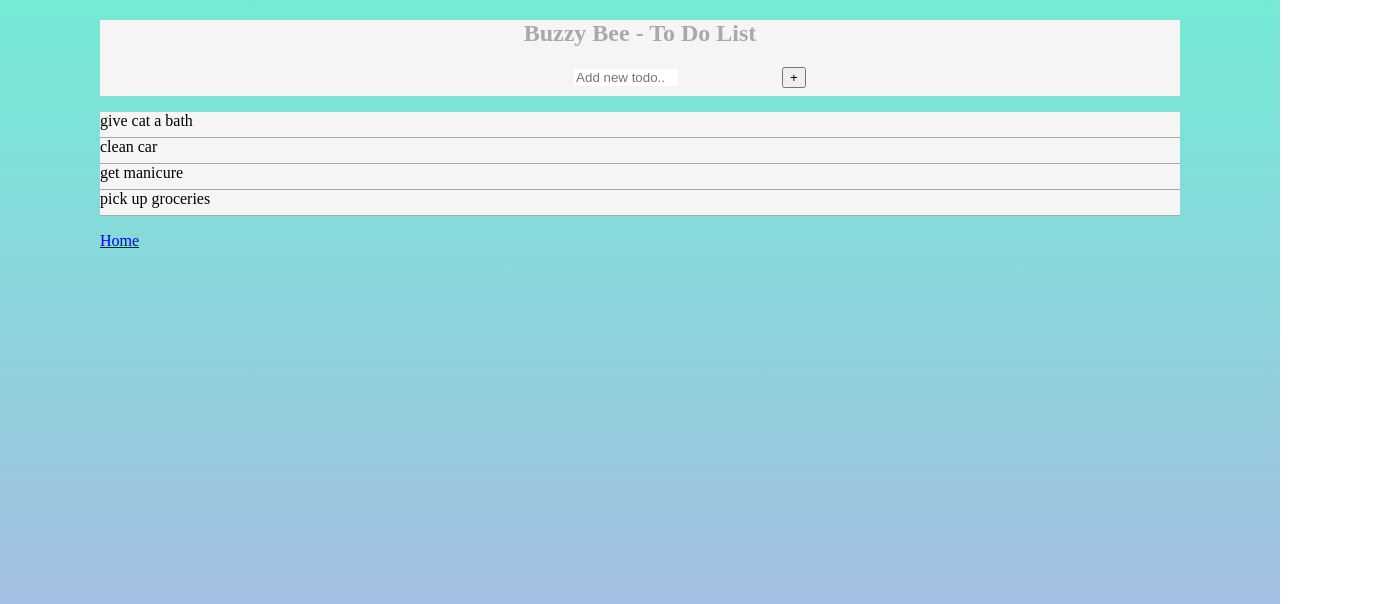
Repository: seleniadelgado/backend-spring2020-angie
Page: projects/todo/public_html/index.html
The author's editor kept a copy of each file at every save. The page is drawn from the files as they stood at one save, then again after the next save.
The browser window is 1280 px wide. The page is 1280 px wide, then 1384 px, then 1280 px, so the pictures cover 1384 px, including what lies to the right of the window. The pictures show the whole page.
The page's requests for data from a server got no answer.

Above is the page before, as saved 2020-05-12 16:22:32.

### projects/todo/public_html/index.html
<!DOCTYPE html>

<html lang="en">
    <head>
        <meta charset="utf-8">
        <title>Buzzy Bee - To Do List</title>
        <meta name="description" content="The HTML5 Herald">
        <meta name="author" content="SitePoint">
        <link rel="stylesheet" href="styles.css">
        <script
            src="https://code.jquery.com/jquery-3.5.0.min.js"
            integrity="sha256-xNzN2a4ltkB44Mc/Jz3pT4iU1cmeR0FkXs4pru/JxaQ="
            crossorigin="anonymous">
        </script>
</head>
<body>
    <div class="sectionTitle">
        <div class="appTitle">
            <h2>Buzzy Bee - To Do List</h2>
        </div>
        <div id="addNote">
            <input type="text" id="newNote" placeholder="Add new todo..">
            <button class="addBtn">+</button>
        </div>
    </div>

    <ul id="myList">
        <li>give cat a bath</li>
        <li>clean car</li>
        <li>get manicure</li>
        <li>pick up groceries</li>
    </ul>





















    <a href="http://localhost:3000/">Home</a>



    <script>
        $(document).ready(() => {
            let objectToSend = {
                note: "Do somethings",
                author: "Nick"
            }

            $.post("http://localhost:3000/newNote", objectToSend, (dataToGet) => {
                console.log(dataToGet);
            });
            $.post("http://localhost:3000/readNotes", {}, (dataToGet) => {
                let allNotesArray = dataToGet.notes;

                console.log(allNotesArray);
            })
        })

        //import the data from default user
        // make JSON into JS with parse.
        //with the list we want to populate our ul.
        //use jquery to access the dom, grab the string
        //loop over notes
        //add the note as an li to the ul
        //  Create li with jquery.
        //  target the ul with jquery and append the li.
        //note: $('<li></li>'')
        //      $('ul') -> a jquery list which holds the ul.
        //      get 1st element from the array

    </script>
</body>
</html>

### projects/todo/public_html/styles.css
html {
    background: linear-gradient(#74ebd5, #ACB6E5);
    height: 100%;

}
body {
    margin: 0px 100px 75px 100px;
}

.sectionTitle {
    background-color: whitesmoke;
    text-align: center;
}

.appTitle {
    color: darkgray;
}
#addNote #newNote {
    border: none;
    margin: 0px 100px 10px 100px;
    width: 100px;
}
#myList {
    list-style: none;
    padding: 0;

}
#myList li {
    height: 25px;
    border-bottom: 1px solid darkgray;
    background-color: whitesmoke;
}

After the next save:
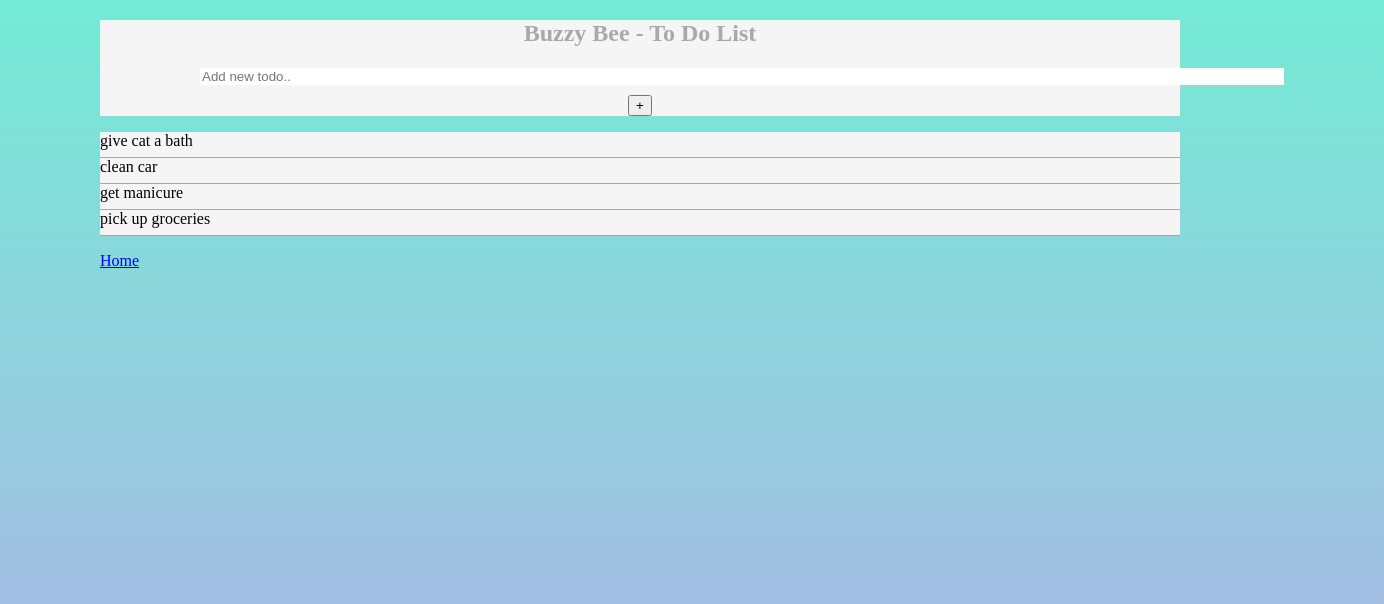
Saved 7 s later.
--- a/projects/todo/public_html/styles.css
+++ b/projects/todo/public_html/styles.css
@@ -18,7 +18,7 @@
 #addNote #newNote {
     border: none;
     margin: 0px 100px 10px 100px;
-    width: 100px;
+    width: 100%;
 }
 #myList {
     list-style: none;

After the save that followed:
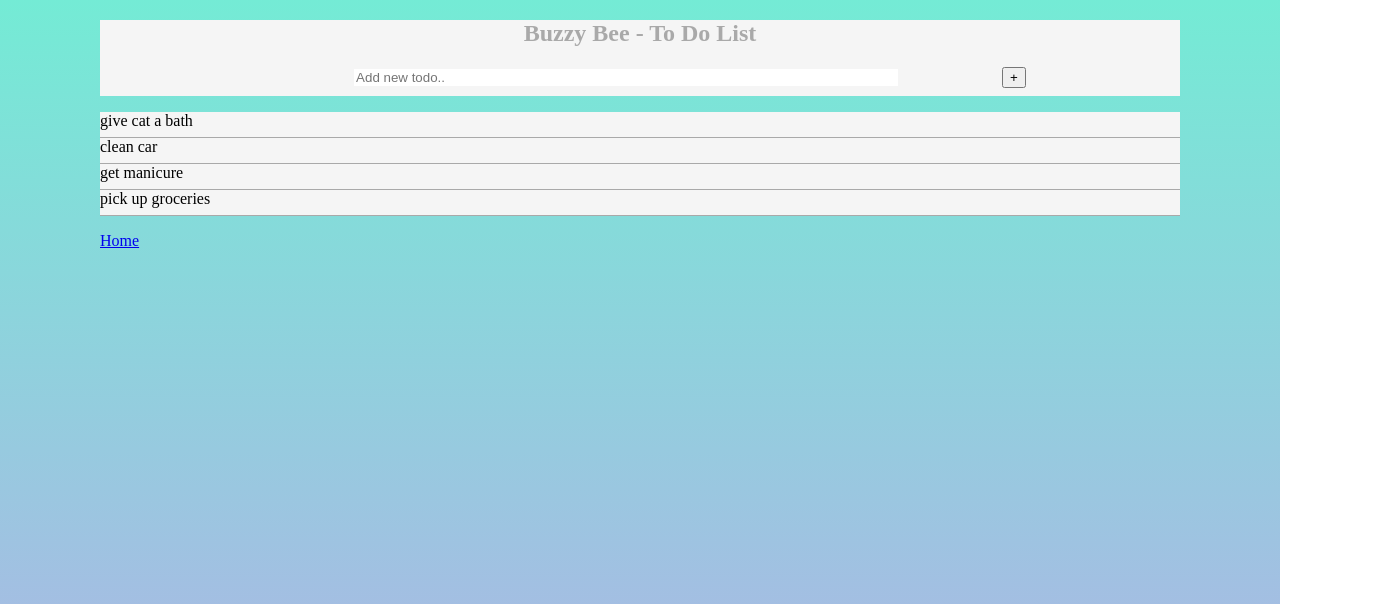
Saved 8 s later.
--- a/projects/todo/public_html/styles.css
+++ b/projects/todo/public_html/styles.css
@@ -18,7 +18,7 @@
 #addNote #newNote {
     border: none;
     margin: 0px 100px 10px 100px;
-    width: 100%;
+    width: 50%;
 }
 #myList {
     list-style: none;
